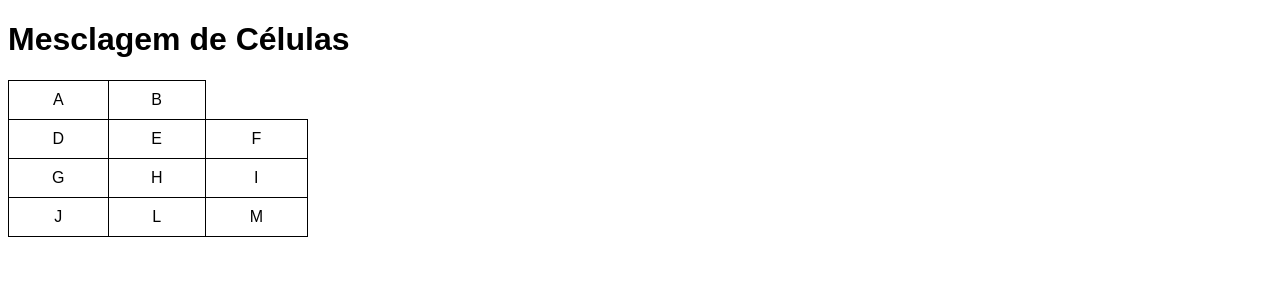
Repository: ClaytonEduard/cursoemvideo
Page: html-css/ex023/tabela003.html
These files come from the project's save history. The page is drawn as it stood at one moment and after the next save; the edit follows.
The browser window is 1280 px wide. The pictures show the whole page.

Above is the page before, as saved 2022-12-08 16:49:01.

After the next save:
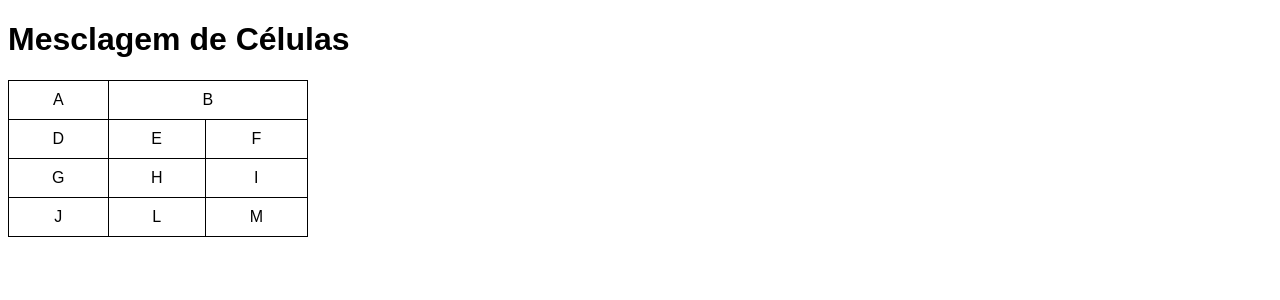
Saved 9 s later.
--- a/html-css/ex023/tabela003.html
+++ b/html-css/ex023/tabela003.html
@@ -29,7 +29,7 @@
         <tr>
             <td>A</td>
             <!-- expanção de linha -->
-            <td colspan="">B</td>
+            <td colspan="2">B</td>
 
         </tr>
         <tr>
